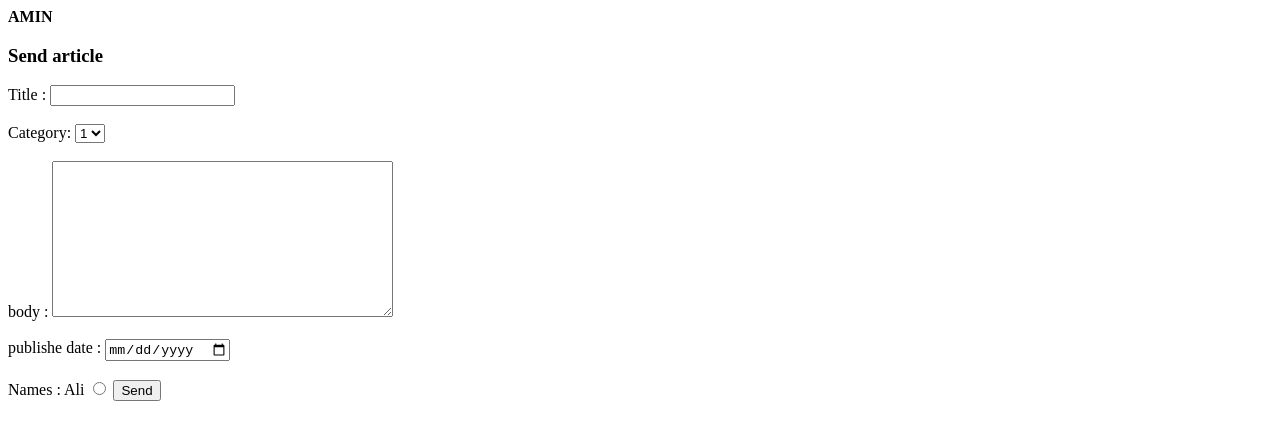
Repository: aminsheikhan/amins-github
Page: index.html
The author's editor kept a copy of each file at every save. The page is drawn from the files as they stood at one save, then again after a run of saves.
The browser window is 1280 px wide. The pictures show the whole page.

Above is the page before, as saved 2025-12-10 13:09:30.

After the next 5 saves:
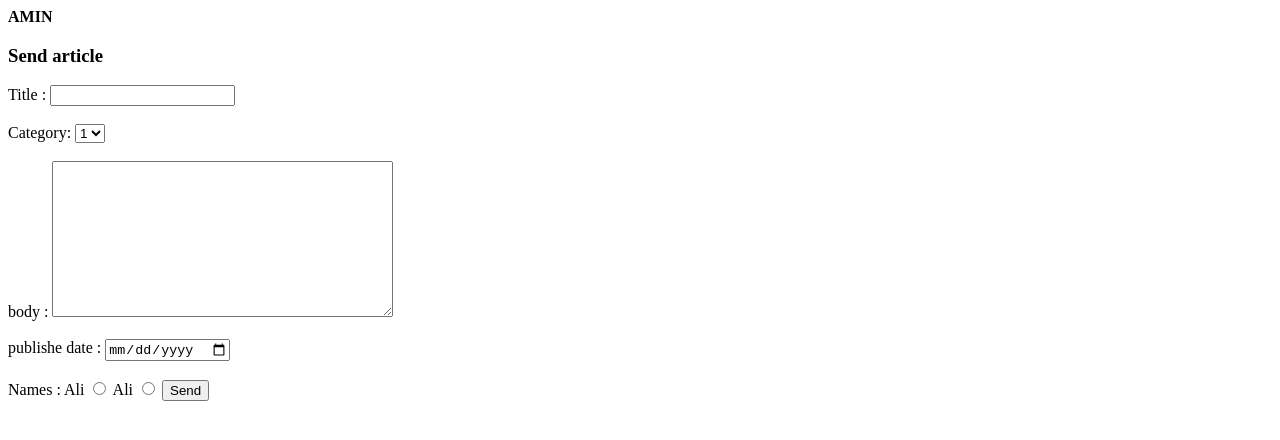
The 5 saves are shown as one change because they came seconds apart.
The last was saved 16 s later.
--- a/index.html
+++ b/index.html
@@ -87,6 +87,10 @@
             <label>Ali</label>
             <input type="radio">
 
+            <label>Ali</label>
+            <input type="radio">
+
+
 
             <button type="submit">Send</button>
 
